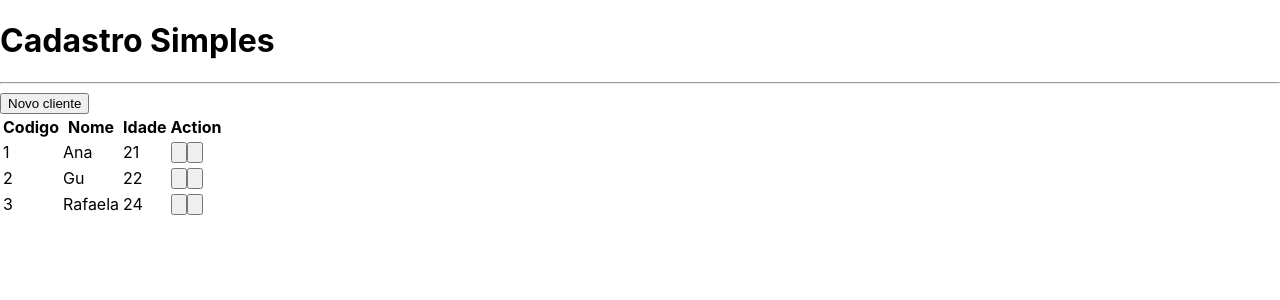
Repository: gustavo-eng/next-crud
Page: /
These files come from the project's save history. The page is drawn as it stood at one moment and after a run of saves; the edit follows.
The browser window is 1280 px wide. The pictures show the whole page.
The project was rebuilt for these pictures with package versions that can differ from the ones it lists, and the page was loaded fresh each time. The framework's server and built-in components were replaced by stand-ins that run in the browser. Also part of the build but not shown: next.config.js, src/components/Entrada.tsx, src/components/Formulario.tsx.

Above is the page before, as saved 2022-07-31 21:26:41.

### src/pages/index.tsx
import Layout from "../components/Layout"
import Cliente from "../core/Cliente"
import Tabela from "../components/Tabela"
import Botao from "../components/Botao"
import Formulario from "../components/Formulario"
import { useState } from "react"
import ClienteRepositorio from "../core/ClienteRepositorio"
import ColecaoCliente from "../backend/db/ColecaoCliente"
0
export default function Home() {

  const repo: ClienteRepositorio = new ColecaoCliente()

  const [visivel, setVisivel] = useState<'tabela' | 'form'>( 'tabela') // sera carregado a compoonent tabela ou form, mas por padrao sera a tabela
  const [cliente, setCliente] = useState<Cliente>(Cliente.vazio()) // cria  um nobo cliente com as mesmas propriedades

  const clientes = [
    new Cliente('Ana', 21, `1`),
    new Cliente('Gu', 22, `2`),
    new Cliente('Rafaela', 24, `3`),

  ]


  function clienteSelecionado( cliente: Cliente) {
    console.log(cliente.nome)
    setCliente(cliente)
    setVisivel('form')
  }

  function clienteExcluido( cliente: Cliente) {
    console.log(cliente.nome)
  }

  function salvarCliente(cliente: Cliente) {
    console.log(cliente)
    setVisivel('tabela')
  }

  function novoCliente() {
    setCliente(Cliente.vazio)
    setVisivel('form')
  }


  return (
    <div className=
    {
      ` flex justify-center items-center h-screen bg-gradient-to-b from-gray-400 to-green-700
      text-black`
    }>
        <Layout titulo="Cadastro Simples">

          {visivel === 'tabela' ? (
            <>
              <div className="flex justify-end">
                <Botao className="mb-4" onClick={novoCliente}>
                   Novo cliente
                </Botao>
              </div>
              { <Tabela clientes={clientes}

                clienteSelecionado={clienteSelecionado}
                clienteExcluido = {clienteExcluido}

              ></Tabela> }
            </>

          ) : (
            <Formulario  cliente={cliente} cancelado={() => setVisivel('tabela')}
            clienteMudou={salvarCliente}/>
          )}

        </Layout>
    </div>
  )
}

### src/components/Layout.tsx
import Titulo from "./Tilulo"

interface LayoutProps { // propriedades esperadas pelo componente
    titulo?: string,
    children: any

}

// tudo que esta dentro de titulo com o props,se resume tem props.children em (Titulo.tsx)
export default function Layout(props) {
    return (
        <div className={`flex flex-col w-2/3 bg-white text-gray-700 rounded-md`}>
            <Titulo>
                {props.titulo}
            </Titulo>
            <div className="p-6">
                {props.children}
            </div>
        </div>
    )
}

### src/core/Cliente.ts
export default class Cliente {

    constructor(nome: string, idade:number, id: string = null ) {
        this.#nome = nome
        this.#idade = idade
        this.#id = id
    }

    static vazio(){
        return new Cliente('', 0)
    }

   #id: string
   #nome: string
   #idade: number

    get id(){
        return this.#id
    }

    get nome(){
        return this.#nome
    }

    get idade(){
        return this.#idade
    }

}

### src/components/Tabela.tsx
import Cliente from '../core/Cliente'
import { IconeEdicao, IconeLixo } from './Icones'
 // o que espera receber dentro do componente
interface TabelaProps {
    clientes: Cliente[]
    clienteSelecionado?: (cliente: Cliente) => void
    clienteExcluido?: (cliente: Cliente) => void
}

export default function Tabela(props: TabelaProps) {

    const exibirAcoes = props.clienteExcluido || props.clienteSelecionado

    function renderizar() {
        return (
            <tr>
                <th className='text-left p-3 text-white'>Codigo</th>
                <th className='text-left p-3  text-white'>Nome </th>
                <th className='text-left p-3 text-white '>Idade </th>
                {exibirAcoes ? <th className=' p-3 text-white'>Action </th> : false}
            </tr>

        )
    }


    function renderData() {
        return props.clientes?.map((cliente, i) => {
            return (
                <tr key={cliente.id} className={`${i % 2 === 0  ? 'bg-green-200' :  'bg-green-100'}`}>
                    <td className='text-left p-3'>{cliente.id}</td>
                    <td className='text-left p-3'>{cliente.nome} </td>
                    <td className='text-left p-3'>{cliente.idade} </td>
                    {exibirAcoes ? renderizarAcoes(cliente) : false }
                </tr>
            )
        } )
    }

    function renderizarAcoes(cliente: Cliente) {
            return (
                <td className={`flex justify-center `}>
                    {props.clienteSelecionado ? (
                        <button onClick={() => props.clienteSelecionado?.(cliente)} className={`
                        flex justify-center items-center text-blue-800
                        rounded-full p-2
                        hover:bg-green-50
                        `}>
                            {IconeEdicao}
                        </button>
                    ) : false}

                    {props.clienteExcluido ? (
                        <button onClick={() => props.clienteExcluido?.(cliente)} className={`flex justify-center items-center text-red-800
                            rounded-full p-3
                        hover:bg-green-100`}>
                            {IconeLixo}
                        </button>
                    ): false}

                </td>
            )
    }
    return (
        <table className={`w-full rounded-xl overflow-hidden`}>
            <thead className={`bg-gradient-to-r from-green-600 to-green-900`}>
                {renderizar()}
            </thead>
            <tbody>
                {renderData()}
            </tbody>


        </table>
    )
}

### src/components/Botao.tsx

interface BotaoProps {
    cor ?: 'green' | 'blue' |  'gray'
    className?: string
    children: any
    onClick ?: () => void
}

export default function Botao(props: BotaoProps) {
    return (
        <button onClick={props.onClick} className= {`
            bg-gradient-to-r from-purple-500 to-purple-900
            text-white px-4 py-2 rounded-md
            ${props.className}
        `}>
            {props.children}
        </button>
    )
}

### src/backend/db/ColecaoCliente.ts
import { FirebaseApp } from "firebase/app";
import Cliente from "../../core/Cliente";
import ClienteRepositorio from "../../core/ClienteRepositorio";
import firebase from "../config";
import { doc, Firestore, FirestoreSettings } from "firebase/firestore";
import 'firebase/firebase-database'
require('firebase/firestore')

export default class ColecaoCliente implements ClienteRepositorio {

    #conversor = {
        toFirestore(cliente: Cliente) {
            return {
                nome: cliente.nome,
                idade: cliente.idade,
            }
        },
        fromFirestore(snapshot: firebase.firestore.QueryDocumentSnapshot , options: firebase.firestore.SnapshotOptions) { // recebendo dados do firebase e retorna um obj cliente
            const dados = snapshot.data(options)
            return new Cliente(dados.nome, dados.idade, snapshot.id) // id gerado pelo proprio firebase
        }
    }
 // transformando classe para objeto
    async salvar(cliente: Cliente): Promise<Cliente> {
        if(cliente?.id) {
            await this.colecao().doc(cliente.id).set(cliente)
            return cliente
        } else {
            const docRef = await this.colecao.add(cliente)
            await docRef.get()
            return doc.data()
        }
        return null
    }

    async excluir(cliente: Cliente): Promise<void> {
        return this.colecao().doc(cliente.id).delete()
    }

    async obterTodos(): Promise<Cliente[]> {
        const query =  await this.colecao().get()
        return query.docs.map(doc => doc.data()) ?? []
    }

    colecao() {
        return firebase
                .firestore.collection('clientes')
                .withConverter(this.#conversor)
    }
}

### src/components/Tilulo.tsx
export default function Titulo(props) {
    return (
        <div className="flex flex-col justify-center ">
            <h1 className="px-6 py-2 text-2xl">
                {props.children}
            </h1>
            <hr className="border-2 border-green-800"/>
        </div>
    )
}

### src/components/Icones.tsx
export const IconeEdicao = (
    <svg xmlns="http://www.w3.org/2000/svg" className="h-6 w-6" fill="none" viewBox="0 0 24 24" stroke="currentColor" strokeWidth={2}>
        <path strokeLinecap="round" strokeLinejoin="round" d="M11 5H6a2 2 0 00-2 2v11a2 2 0 002 2h11a2 2 0 002-2v-5m-1.414-9.414a2 2 0 112.828 2.828L11.828 15H9v-2.828l8.586-8.586z" />
    </svg>
)


export const IconeLixo = (
    <svg xmlns="http://www.w3.org/2000/svg" className="h-6 w-6" fill="none" viewBox="0 0 24 24" stroke="currentColor" strokeWidth={2}>
        <path strokeLinecap="round" strokeLinejoin="round" d="M19 7l-.867 12.142A2 2 0 0116.138 21H7.862a2 2 0 01-1.995-1.858L5 7m5 4v6m4-6v6m1-10V4a1 1 0 00-1-1h-4a1 1 0 00-1 1v3M4 7h16" />
    </svg>
)

### src/backend/config.ts
// arquivo de configuracao do firebase

import 'firebase/firestore';

import firebase from "firebase/firebase-firestore"
import { initializeApp } from 'firebase/app';

// if(!firebase.apps.length)
if(!firebase) { // se for 0, vai inicializar , se n tiver app inicializado, vai entrar e inicializar a aplicacao
    firebase.initializeApp({
        apiKey:  process.env.NEXT_PUBLIC_FIREBASE_API_KEY ,
        authDomain: process.env.NEXT_PUBLIC_FIREBASE_AUTH_DOMAIN ,
        projectId: process.env.NEXT_PUBLIC_FIREBASE_PROJECT_ID,
    })
}

export default firebase;

Loaded but not shown: src/pages/_app.js (common file); src/styles/globals.css (common file)

After the next 2 saves:
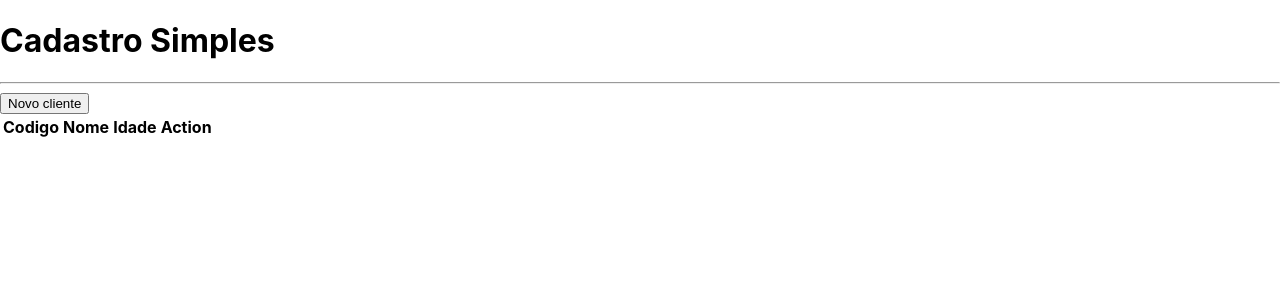
The 2 saves are shown as one change because 1 did not build or start.
The last was saved 85 s later.
--- a/src/pages/index.tsx
+++ b/src/pages/index.tsx
@@ -11,15 +11,10 @@ export default function Home() {
 
   const repo: ClienteRepositorio = new ColecaoCliente()
 
+
   const [visivel, setVisivel] = useState<'tabela' | 'form'>( 'tabela') // sera carregado a compoonent tabela ou form, mas por padrao sera a tabela
   const [cliente, setCliente] = useState<Cliente>(Cliente.vazio()) // cria  um nobo cliente com as mesmas propriedades
-
-  const clientes = [
-    new Cliente('Ana', 21, `1`),
-    new Cliente('Gu', 22, `2`),
-    new Cliente('Rafaela', 24, `3`),
-
-  ]
+  const [clientes, setClientes] = useState<Cliente[]>([]) // cria  um nobo cliente com as mesmas propriedades
 
 
   function clienteSelecionado( cliente: Cliente) {
